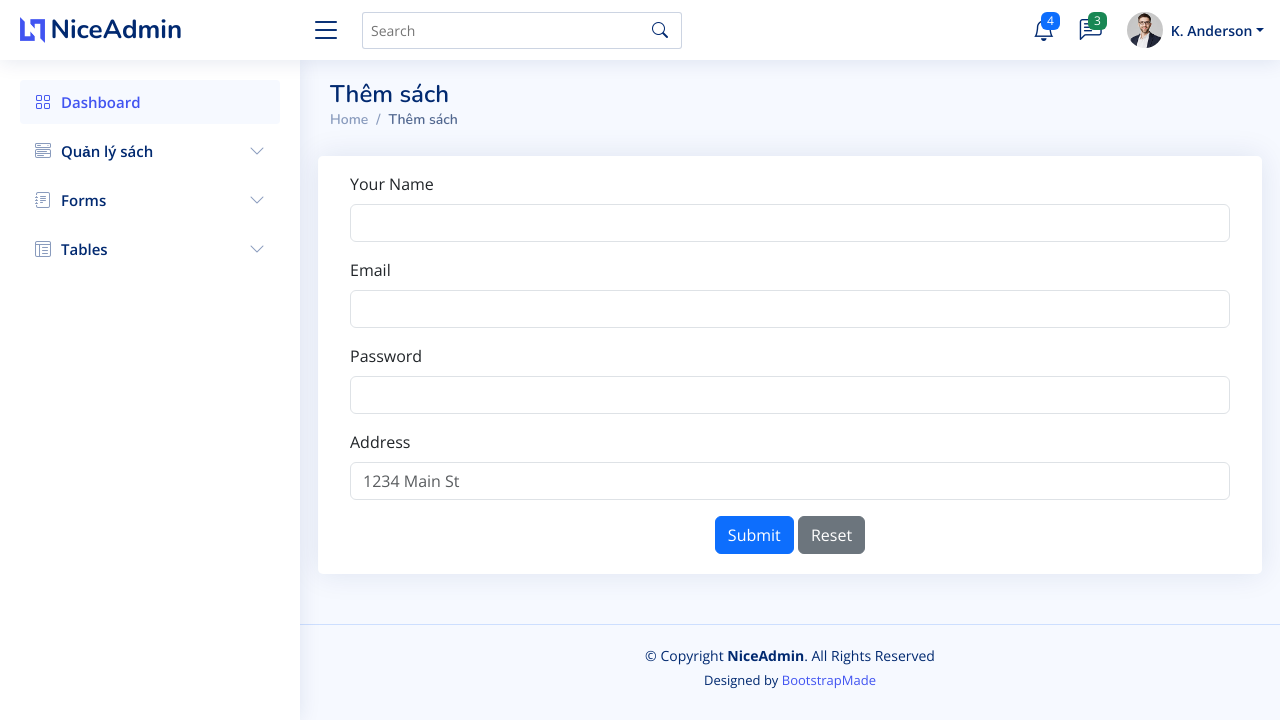
Repository: Hoainam7895123/library_manager
Page: http://localhost/library_manager/addBook.jsp
The author's editor kept a copy of each file at every save. The page is drawn from the files as they stood at one save, then again after the next save.
The browser window is 1280 px wide. The pictures show the whole page.
The page is served by Tomcat 9.

Above is the page before, as saved 2024-06-06 01:11:28.

After the next save:
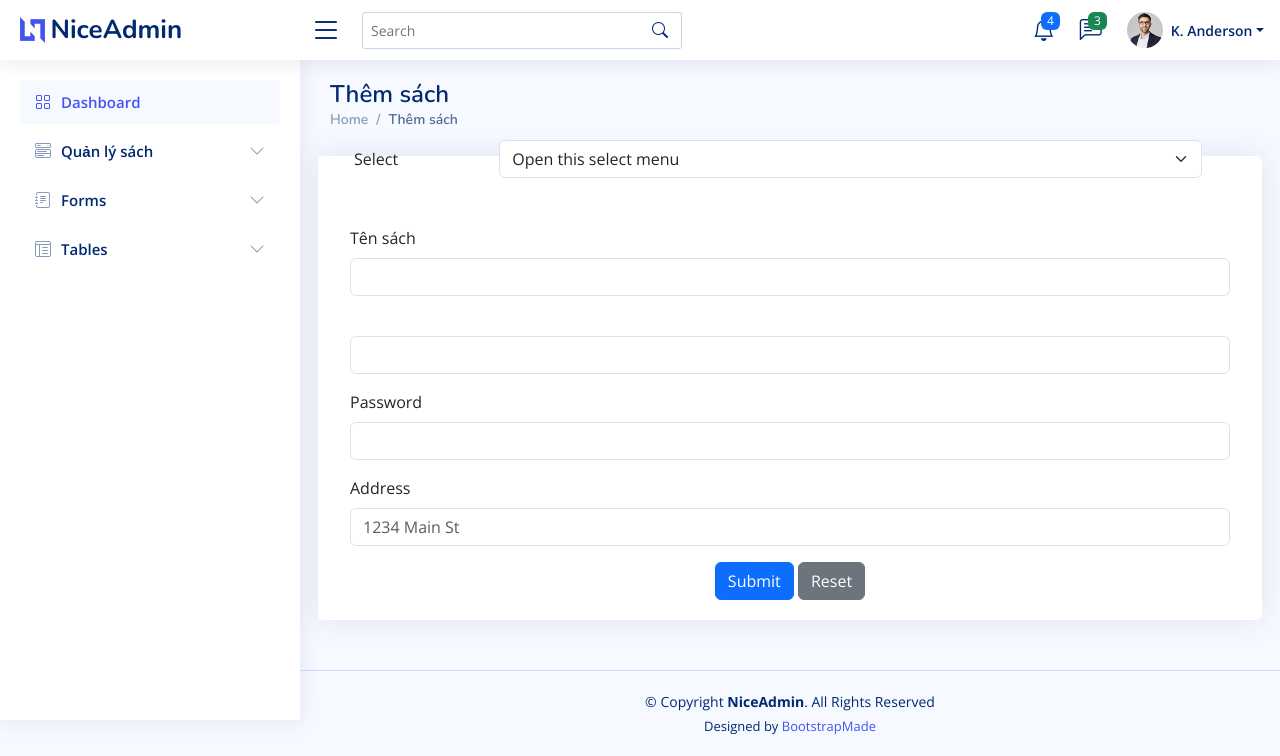
Saved 4 min 38 s later.
--- a/library_manager/src/main/webapp/addBook.jsp
+++ b/library_manager/src/main/webapp/addBook.jsp
@@ -355,12 +355,23 @@
 					<div class="card-body">
 						<!-- Vertical Form -->
 						<form class="row g-3">
+							<div class="row mb-3">
+								<label class="col-sm-2 col-form-label">Select</label>
+								<div class="col-sm-10">
+									<select class="form-select" aria-label="Default select example">
+										<option selected>Open this select menu</option>
+										<option value="1">One</option>
+										<option value="2">Two</option>
+										<option value="3">Three</option>
+									</select>
+								</div>
+							</div>
 							<div class="col-12 pt-3">
-								<label for="inputNanme4" class="form-label">Your Name</label> <input
+								<label for="inputNanme4" class="form-label">Tên sách</label> <input
 									type="text" class="form-control" id="inputNanme4">
 							</div>
 							<div class="col-12">
-								<label for="inputEmail4" class="form-label">Email</label> <input
+								<label for="inputEmail4" class="form-label"></label> <input
 									type="email" class="form-control" id="inputEmail4">
 							</div>
 							<div class="col-12">
